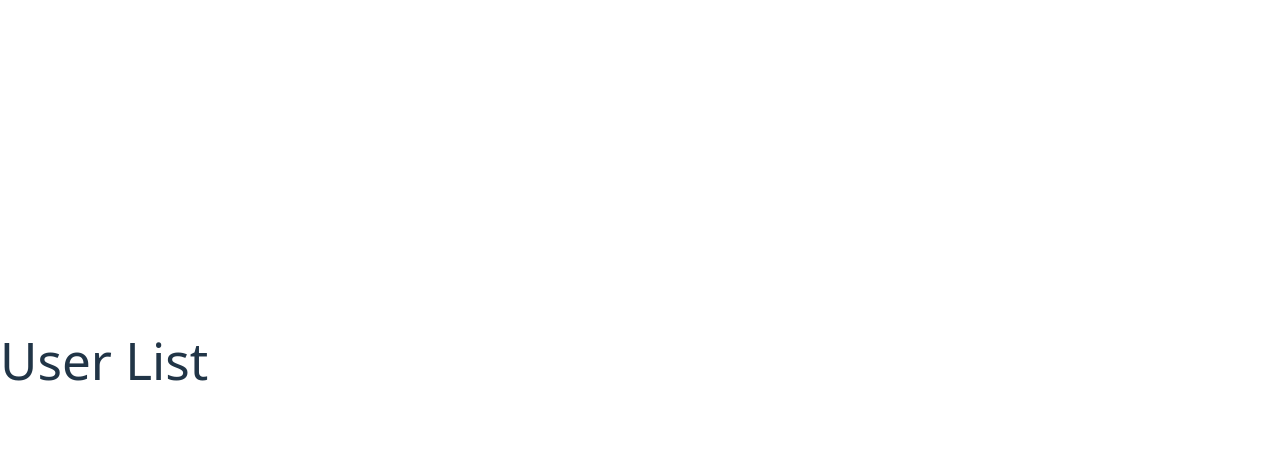
Repository: rushikesh-kolpe21/React_lectures
Page: / (app in React_bun/)
The author's editor kept a copy of each file at every save. The page is drawn from the files as they stood at one save, then again after the next save.
The browser window is 1280 px wide. The pictures show the whole page.
The project was rebuilt for these pictures with package versions that can differ from the ones it lists, and the page was loaded fresh each time. Also part of the build but not shown: React_bun/vite.config.js, React_bun/src/components/EventProps.jsx, React_bun/src/components/SeriesCards.jsx, React_bun/src/components/Netflix.jsx, React_bun/src/components/Profile.jsx.

Above is the page before, as saved 2025-12-01 23:45:07.

### React_bun/src/main.jsx
import { StrictMode } from 'react'
import { createRoot } from 'react-dom/client'
import './index.css'
import {App} from './App.jsx'

createRoot(document.getElementById('root')).render(
  <StrictMode>
    <App />
  </StrictMode>,
)

### React_bun/src/App.jsx
import { DericedState } from "./components/DericedState";
import { EventProps } from "./components/EventProps";
import { Netflix } from "./components/Netflix";
import { Profile } from "./components/Profile";

 export const App =()=> {

  const age = 17;

  return(
    <>
    {/* <Netflix/> */}
    {/* <Profile/> */}
    {/* <EventProps/> */}
    <DericedState/>
    </>
  )
}

### React_bun/src/components/DericedState.jsx
const users = [
    { id: 1, name: 'Alice', age: 28 },
    { id: 2, name: 'Bob', age: 34 },
    { id: 3, name: 'Charlie', age: 22 },
    { id: 4, name: 'Diana', age: 19 },
];

export const DericedState = () => {
    return (
        <div>
            <h1>User List</h1>
            <ul>
                {users.map((user)=>{
                    <h2>User name : {user.name} and {user.age} year old</h2>
                })}
            </ul>
        </div>
    )
}

Loaded but not shown: React_bun/index.html (common file); React_bun/src/index.css (common file)

After the next save:
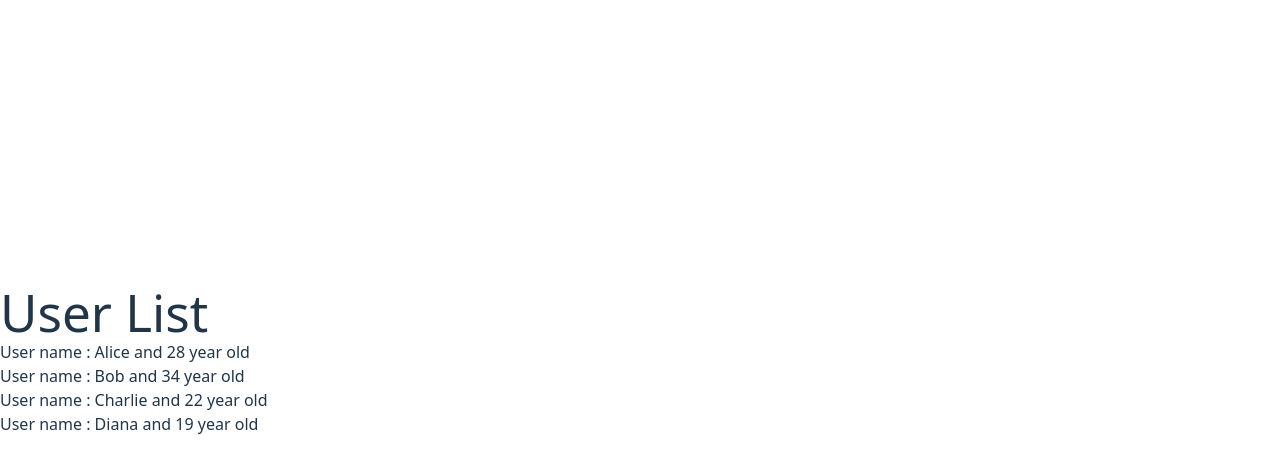
Saved 115 s later.
--- a/React_bun/src/components/DericedState.jsx
+++ b/React_bun/src/components/DericedState.jsx
@@ -11,7 +11,9 @@
             <h1>User List</h1>
             <ul>
                 {users.map((user)=>{
-                    <h2>User name : {user.name} and {user.age} year old</h2>
+                    return(
+                        <h2>User name : {user.name} and {user.age} year old</h2>
+                    )
                 })}
             </ul>
         </div>
